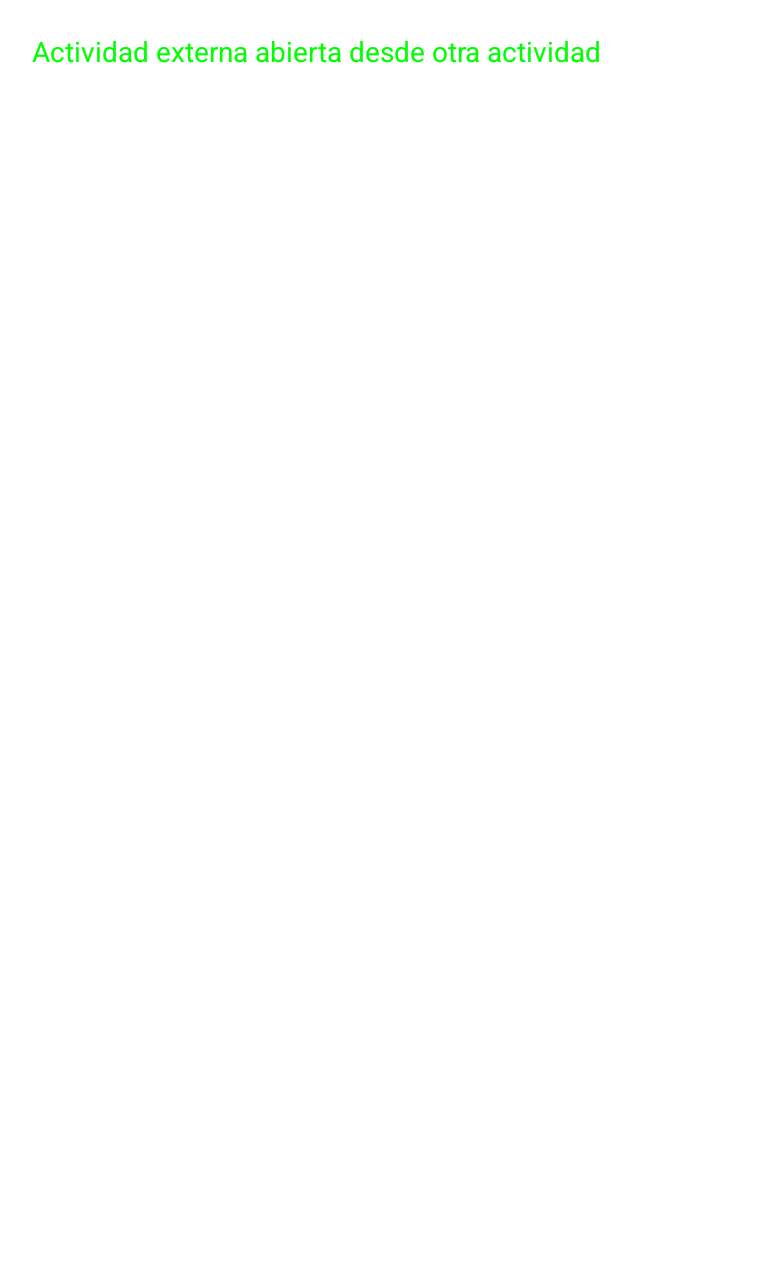
Repository: G3rcar/Android-I
Layout: Clase1102IntentExplicito/res/layout/activity_main.xml
The author's editor kept a copy of each file at every save. The layout is drawn from the files as they stood at one save, then again after the next save.
It is drawn on a 768 x 1280 px phone screen (xhdpi) without system bars, with theme AppTheme; the app's code is not run.

Above is the layout before, as saved 2013-11-11 13:43:38.

After the next save:
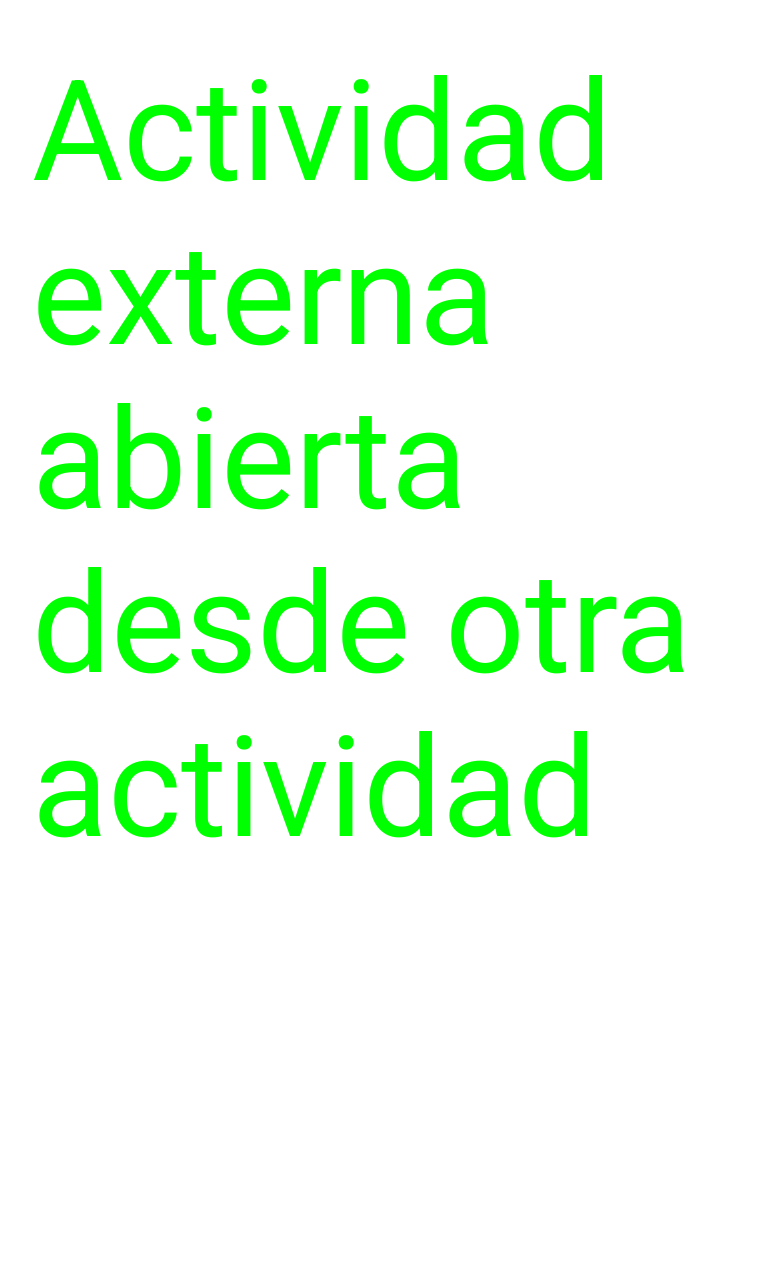
Saved 36 s later.
--- a/Clase1102IntentExplicito/res/layout/activity_main.xml
+++ b/Clase1102IntentExplicito/res/layout/activity_main.xml
@@ -12,7 +12,8 @@
         android:layout_width="wrap_content"
         android:layout_height="wrap_content"
         android:text="@string/lblExternal"
-        android:textColor="#00FF00" />
+        android:textColor="#00FF00"
+        android:textSize="70sp" />
 
 
 </RelativeLayout>
